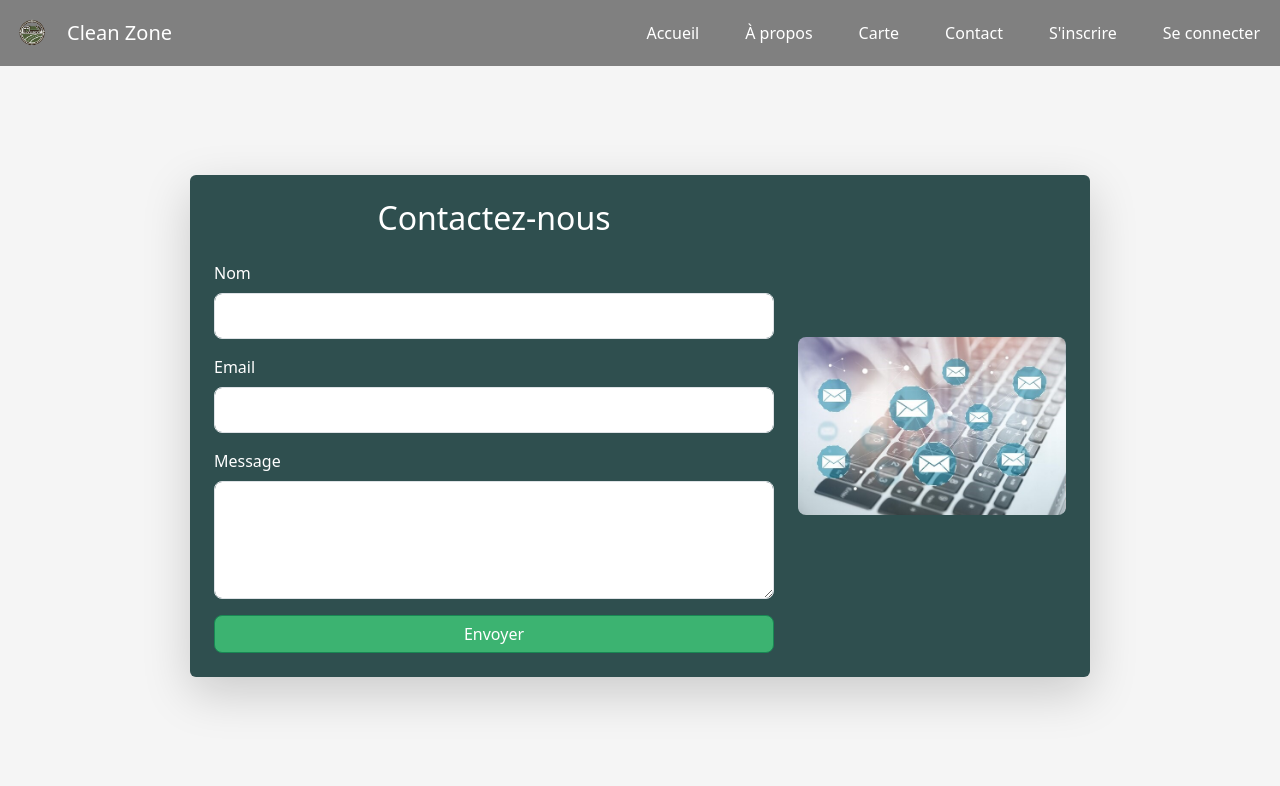
Repository: SystemInfoGeo/QGISproject
Page: /contact (app in NEXT/)
An editor plug-in stored every save of this project. The page is shown before and after the next save, followed by the edit.
The browser window is 1280 px wide. The pictures show the whole page.
The project was rebuilt for these pictures with package versions that can differ from the ones it lists, and the page was loaded fresh each time. The framework's server and built-in components were replaced by stand-ins that run in the browser. Also part of the build but not shown: NEXT/next.config.mjs.

Above is the page before, as saved 2024-09-16 18:57:55.

After the next save:
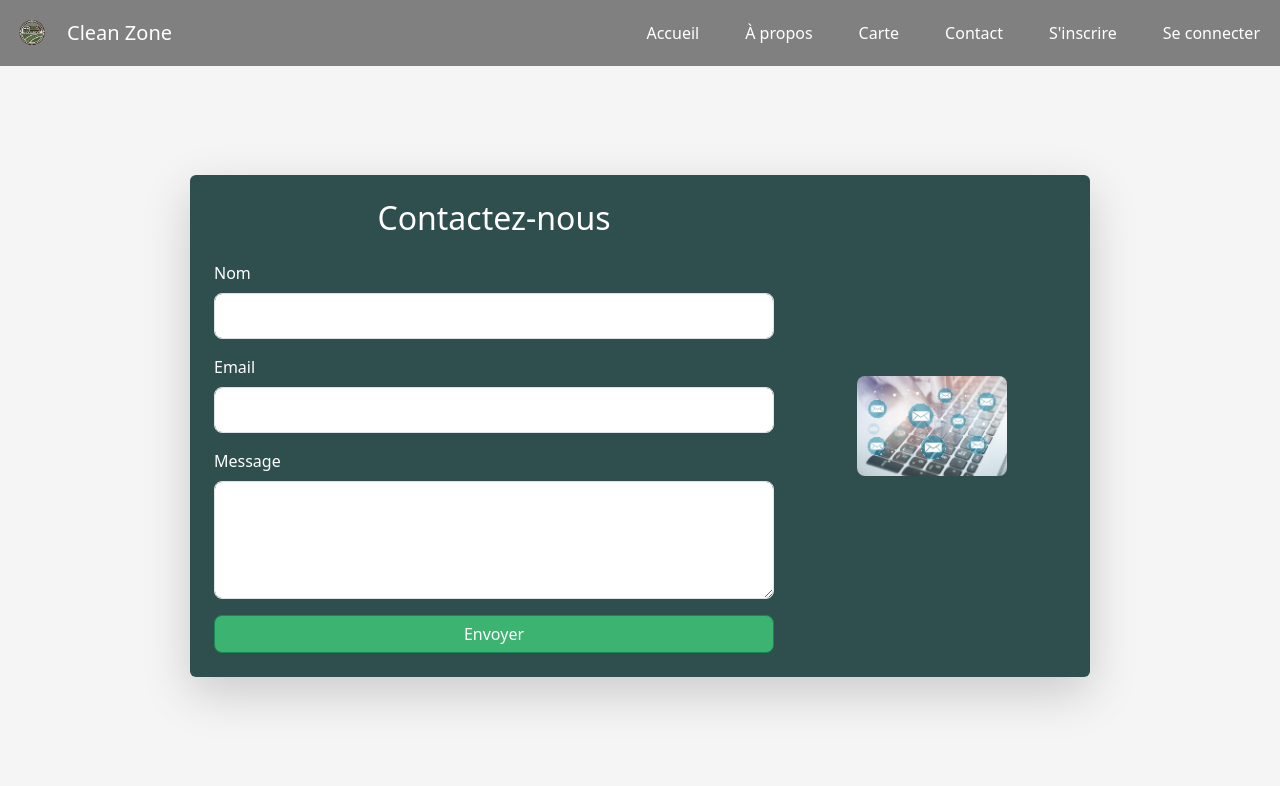
Saved 15 s later.
--- a/NEXT/styles/Contact.css
+++ b/NEXT/styles/Contact.css
@@ -24,7 +24,7 @@
   }
   .contact-form img {
     max-width: 100%;
-    max-height: 800px; /* Ajustez cette valeur selon vos préférences */
+    max-height: 100px; /* Ajustez cette valeur selon vos préférences */
     object-fit: cover;
     border-radius: 8px;
   }

After the save that followed:
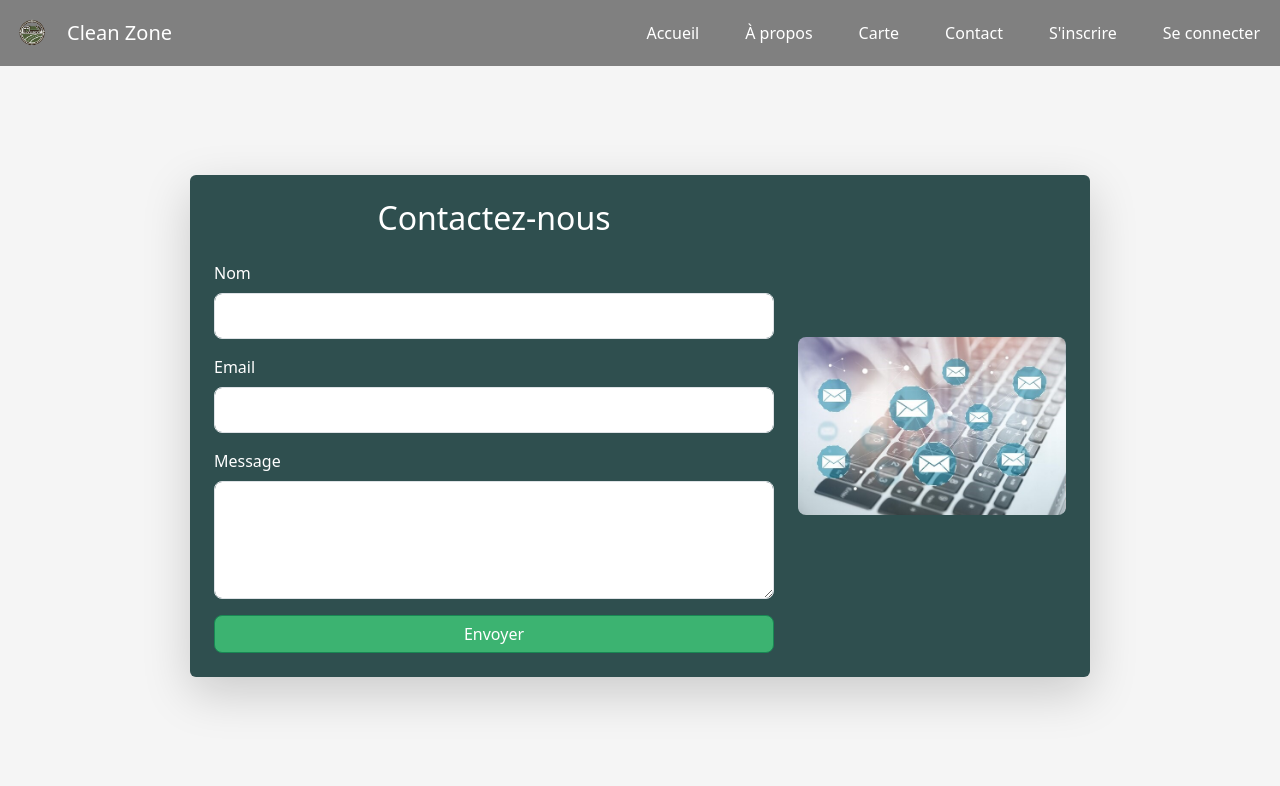
Saved 9 s later.
--- a/NEXT/styles/Contact.css
+++ b/NEXT/styles/Contact.css
@@ -24,7 +24,7 @@
   }
   .contact-form img {
     max-width: 100%;
-    max-height: 100px; /* Ajustez cette valeur selon vos préférences */
+    max-height: 1000px; /* Ajustez cette valeur selon vos préférences */
     object-fit: cover;
     border-radius: 8px;
   }
